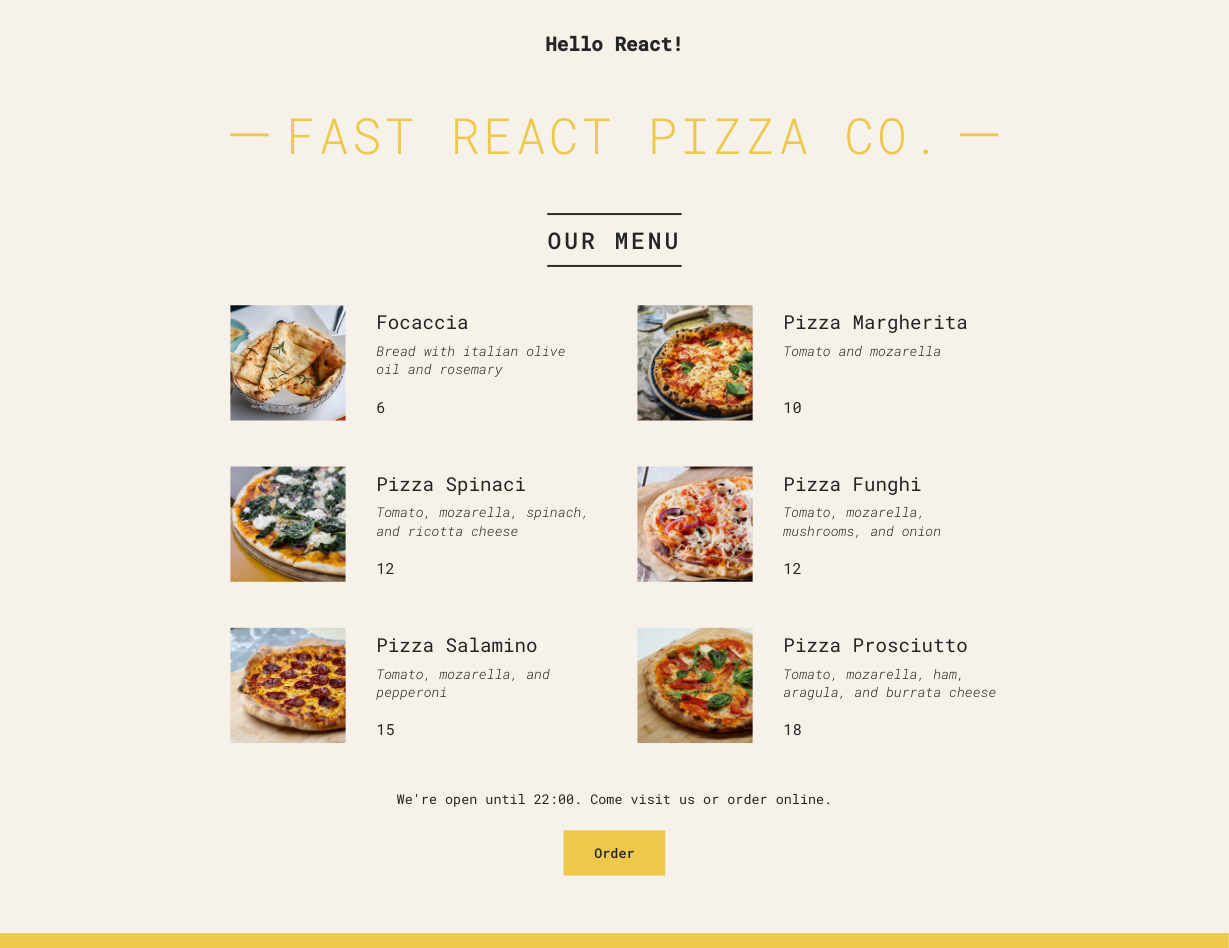
Repository: Alphosmart/03_pizza-menu
Page: /
These files come from the project's save history. The page is drawn as it stood at one moment and after the next save; the edit follows.
The browser window is 1280 px wide. The pictures show the whole page, at 96% of full size.
The project was rebuilt for these pictures with package versions that can differ from the ones it lists, and the page was loaded fresh each time.

Above is the page before, as saved 2024-06-01 23:45:43.

### src/index.js
import React from "react";
import ReactDOM from "react-dom/client";
import "./index.css";

const pizzaData = [
  {
    name: "Focaccia",
    ingredients: "Bread with italian olive oil and rosemary",
    price: 6,
    photoName: "pizzas/focaccia.jpg",
    soldOut: false,
  },
  {
    name: "Pizza Margherita",
    ingredients: "Tomato and mozarella",
    price: 10,
    photoName: "pizzas/margherita.jpg",
    soldOut: false,
  },
  {
    name: "Pizza Spinaci",
    ingredients: "Tomato, mozarella, spinach, and ricotta cheese",
    price: 12,
    photoName: "pizzas/spinaci.jpg",
    soldOut: false,
  },
  {
    name: "Pizza Funghi",
    ingredients: "Tomato, mozarella, mushrooms, and onion",
    price: 12,
    photoName: "pizzas/funghi.jpg",
    soldOut: false,
  },
  {
    name: "Pizza Salamino",
    ingredients: "Tomato, mozarella, and pepperoni",
    price: 15,
    photoName: "pizzas/salamino.jpg",
    soldOut: true,
  },
  {
    name: "Pizza Prosciutto",
    ingredients: "Tomato, mozarella, ham, aragula, and burrata cheese",
    price: 18,
    photoName: "pizzas/prosciutto.jpg",
    soldOut: false,
  },
];

function App() {
  return (
    <div className="container">
      <h1>Hello React!</h1>
      <Header />
      <Menu />
      <Footer />
    </div>
  );
}

function Header() {
  // const style = { color: "red", fontSize: "48px", textTransform: "Uppercase" };
  const style = {};
  return (
    <header className="header">
      <h1 style={style}>Fast React Pizza Co.</h1>
    </header>
  );
}

function Menu() {
  return (
    <main className="menu">
      <h2>Our Menu</h2>

      <ul className="pizzas">
        {pizzaData.map((pizza) => (
          <Pizza pizzaObj={pizza} key={pizza.name} />
        ))}
      </ul>
      {/* <Pizza
        name="Pizza Spinaci"
        ingredients="Tomato, mozarella, spinach, and ricotta cheese"
        photoName="pizzas/spinaci.jpg"
        price={10}
      />
      <Pizza
        name="Pizza Funghi"
        ingredients="Tomato, mushrooms"
        price={12}
        photoName="pizzas/funghi.jpg"
      /> */}
    </main>
  );
}

function Pizza(props) {
  console.log(props);
  return (
    <li className="pizza">
      <img src={props.pizzaObj.photoName} alt={props.pizzaObj.name} />

      <div>
        <h3>{props.pizzaObj.name}</h3>
        <p>{props.pizzaObj.ingredients}</p>
        <span>{props.pizzaObj.price}</span>
      </div>
    </li>
  );
}
function Footer() {
  const hour = new Date().getHours();
  const openHour = 10;
  const closeHour = 22;
  const isOpen = hour >= openHour && hour <= closeHour;
  console.log(isOpen);
  // if (hour >= openHour && hour <= closeHour) alert("We're currently open!");
  // else alert("Sorry We're closed!");
  return (
    <footer className="footer">
      {isOpen && (
        <div className="order">
          <p>We're open until {closeHour}:00. Come visit us or order online.</p>
          <button className="btn">Order</button>
        </div>
      )}
    </footer>
  );

  // return React.createElement("footer", null, "We're currently open!");
}

// React v18
const root = ReactDOM.createRoot(document.getElementById("root"));
root.render(
  <React.StrictMode>
    <App />
  </React.StrictMode>
); // or root.render<App />);

//React before v18
// React.render(<App />, document.getElementById("root"));

Loaded but not shown: public/index.html (common file); src/index.css (common file)

After the next save:
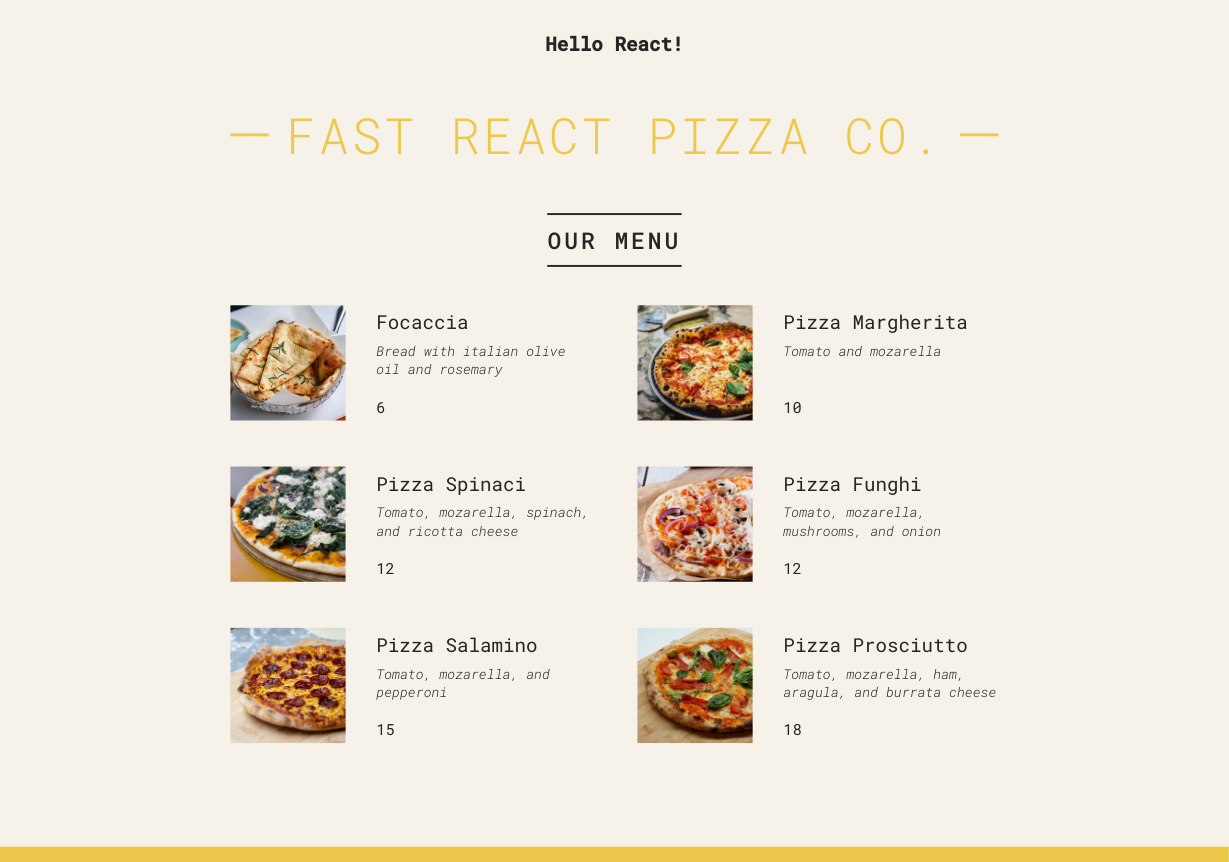
Saved 38 s later.
--- a/src/index.js
+++ b/src/index.js
@@ -110,8 +110,8 @@ function Pizza(props) {
 }
 function Footer() {
   const hour = new Date().getHours();
-  const openHour = 10;
-  const closeHour = 22;
+  const openHour = 20;
+  const closeHour = 24;
   const isOpen = hour >= openHour && hour <= closeHour;
   console.log(isOpen);
   // if (hour >= openHour && hour <= closeHour) alert("We're currently open!");
